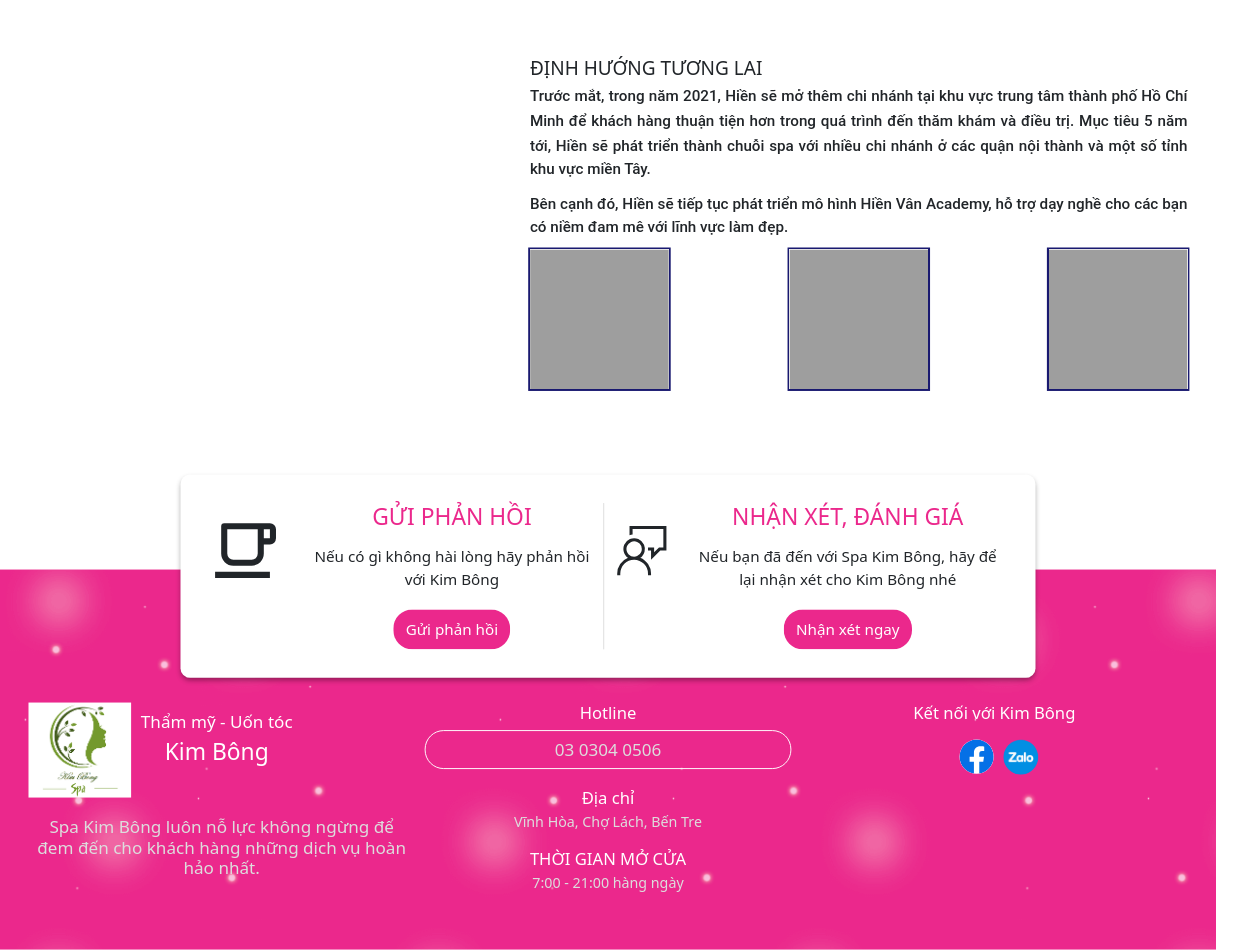
Repository: tranduykhuong/SpaKimBong
Page: /about
The author's editor kept a copy of each file at every save. The page is drawn from the files as they stood at one save, then again after the next save.
The browser window is 1280 px wide. The page is 1302 px wide, so the pictures cover 1302 px, including what lies to the right of the window. The pictures show the part of the page from y = 2229 to 3229 px (the page is 3229 px tall), at 95% of full size.
Pictures or frames that could not be fetched are drawn as grey boxes. The project was rebuilt for these pictures with package versions that can differ from the ones it lists, and the page was loaded fresh each time. Also part of the build but not shown: src/components/Header/Slider/slider.scss, src/components/Header/Slider/Slider.js, src/components/Header/ListImage/listImage.scss, src/components/Header/ListImage/ListImage.js, src/pages/Home/home.scss, src/pages/Home/ListImage/listImage.scss, src/pages/Home/ListImage/ListImage.js, src/pages/Home/BookOnline/bookOnl.scss and 6 more.

Above is the page before, as saved 2022-06-03 22:45:56.

### src/App.js
import "./App.css";
import Header from "./components/Header/Header";
import Home from "./pages/Home/Home";
import "bootstrap/dist/css/bootstrap.min.css";
import { Route, Routes } from "react-router-dom";
import About from "./pages/About/About";

function App() {
  return (
    <div className="App">
      <Header />
      <Routes>
        <Route path="/" element={<Home />} />
        <Route path="/about" element={<About />} />
      </Routes>
    </div>
  );
}

export default App;

### src/components/Header/Header.js
import React, { useEffect, useState } from "react";
import "./header.scss";
import { BsSearch, BsFacebook } from "react-icons/bs";
import { BiPhoneCall } from "react-icons/bi";
import Slider from "./Slider/Slider";
import ListImage from "./ListImage/ListImage";
import { Link, useLocation } from "react-router-dom";

function Header() {
  const path = useLocation().pathname;
  const [fixedNavbar, setFixedNavbar] = useState(false);

  useEffect(() => {
    // set fixed navbar
    const handleScroll = () => {
      if (window.scrollY < 1) {
        setFixedNavbar(true);
      }

      if (window.scrollY > 170) setFixedNavbar(true);
      else setFixedNavbar(false);
    };

    window.addEventListener("scroll", handleScroll);

    // cleanup function
    return () => {
      window.removeEventListener("scroll", handleScroll);
    };
  }, []);

  return (
    <div className="header">
      <div className={"infor " + (fixedNavbar ? "mg-navbar" : "")}>
        <div className="logo">
          <img src="../../img/logoSpa.png" alt="" />
          <div className="nameSpa">
            <h4>Thẩm mỹ - Uốn tóc</h4>
            <h2>Kim Bông</h2>
          </div>
        </div>

        <div className="search">
          <input type="text" placeholder="Tìm kiếm sản phẩm/ bài viết ..." />
          <a className="icon">
            <BsSearch className="iconSearch" />
          </a>
        </div>

        <div className="contact">
          <a href="/" className="icon">
            <BsFacebook className="iconFacebook" />
          </a>
          <a href="/" className="icon">
            <img src="../../img/Zalo.png" alt="" className="iconZalo" />
          </a>

          <div className="phone">
            <BiPhoneCall className="iconPhone" />
            <h3>03 0304 0506</h3>
          </div>
        </div>
      </div>
      <div className={"myNavbar " + (fixedNavbar ? "fixedNavbar" : "")}>
        <div className="navbarContent">
          <ul className="navbarList">
            <li className={path === "/" ? "active" : ""}>
              <Link to="/">TRANG CHỦ</Link>
            </li>
            <li className={path === "/about" ? "active" : ""}>
              <Link to="/about">GIỚI THIỆU</Link>
            </li>
            <li className={path === "/skin" ? "active" : ""}>
              <Link to="/">CHĂM SÓC DA</Link>
            </li>
            <li className={path === "/acne" ? "active" : ""}>
              <Link to="/">TRỊ MỤN</Link>
            </li>
            <li className={path === "/open-time" ? "active" : ""}>
              <Link to="/">LỊCH MỞ CỬA</Link>
            </li>
          </ul>
        </div>
      </div>
      {/* <Slider /> */}
      {/* <ListImage /> */}
    </div>
  );
}

export default Header;

### src/components/Header/header.scss
$height-navbar: 5rem;

.header {
    .mg-navbar {
        margin-bottom: $height-navbar;
    }

    .infor {
        max-width: 1200px;
        padding: .6rem 0;
        display: flex;
        justify-content: space-between;

        .logo {
            display: flex;
            flex: 1;

            img {
                height: 10rem;
            }

            .nameSpa {
                color: #eb288c;
                margin: auto 0;

                h4 {
                    font-size: 1.8rem;
                    font-weight: 500;
                }

                h2 {
                    font-size: 2.4rem;
                }
            }
        }


        .search {
            margin: auto 0;
            border-radius: 50px;
            border: solid .1rem #eb288c;
            height: 37px;
            display: flex;

            input {
                font-size: 1.4rem;
                margin: auto 16px;
                min-width: 26rem;
                border: none;
                outline: none;
            }

            .icon {
                margin: auto 10px;
                cursor: pointer;
            }

            .iconSearch {
                width: 1.8rem;
                height: 1.8rem;
                color: #eb288c;

                &:hover {
                    color: #f867b2;
                }
            }
        }

        .contact {
            display: flex;
            margin-left: 20px;

            .icon {
                margin: auto 0;
                margin-left: 10px;

            }

            .iconFacebook {
                width: 2.8rem;
                height: 2.8rem;
                color: rgba($color: #0570e6, $alpha: 1.0);
            }

            .iconZalo {
                width: 2.8rem;
                height: 2.8rem;
                border-radius: 50%;
            }

            .phone {
                margin: auto 0;
                margin-left: 20px;
                display: flex;

                .iconPhone {
                    width: 2.6rem;
                    height: 2.6rem;
                }

                h3 {
                    font-size: 1.4rem;
                    font-weight: 500;
                    margin: auto 4px;
                }
            }

        }
    }

    .fixedNavbar {
        position: fixed;
        top: 0;
        left: 0;
        z-index: 50;
        width: 100%;
        animation: fixedNavbar 1s forwards;
    }

    @keyframes fixedNavbar {
        from {
            top: -5rem;
            opacity: 0;
        }

        to {
            top: 0;
            opacity: 1;
        }
    }

    .myNavbar {
        height: $height-navbar;
        background-color: #eb288c;

        .navbarContent {
            max-width: 1200px;
            margin: 0 auto;

            .navbarList {
                display: flex;
                margin: 0 1rem;
                // justify-content: space-evenly;

                li {
                    list-style: none;

                    a {
                        line-height: $height-navbar;
                        height: $height-navbar;
                        display: block;
                        color: #fff;
                        font-size: 1.6rem;
                        font-weight: 600;
                        text-decoration: none;
                        padding: 0 2rem;
                    }

                    &:hover {
                        background-color: #f844a1;
                        cursor: pointer;
                    }
                }

                .active {
                    background-color: #dd0876;
                }
            }
        }
    }
}

### src/components/Footer/Footer.js
import React, { useEffect } from "react";
import "./footer.scss";
import { BsFacebook } from "react-icons/bs";
import { RiCupLine } from "react-icons/ri";
import { VscFeedback } from "react-icons/vsc";

const Footer = () => {
  return (
    <div className="footer">
      <div className="logo">
        <div className="info">
          <img src="../../img/logoSpa.png" alt="" />
          <div className="nameSpa">
            <h4>Thẩm mỹ - Uốn tóc</h4>
            <h2>Kim Bông</h2>
          </div>
        </div>

        <h5>
          Spa Kim Bông luôn nỗ lực không ngừng để đem đến cho khách hàng những
          dịch vụ hoàn hảo nhất.
        </h5>
      </div>

      <div className="address">
        <h3>Hotline</h3>
        <div className="hotline">03 0304 0506</div>
        <h3>Địa chỉ</h3>
        <h4>Vĩnh Hòa, Chợ Lách, Bến Tre</h4>
        <h3>THỜI GIAN MỞ CỬA</h3>
        <h4>7:00 - 21:00 hàng ngày</h4>
      </div>
      <div className="contact">
        <h3>Kết nối với Kim Bông</h3>
        <a href="/" className="icon">
          <BsFacebook className="iconFacebook" />
        </a>
        <a href="/" className="icon">
          <img src="../../img/Zalo.png" alt="" className="iconZalo" />
        </a>
      </div>

      <div className="subFooter">
        <div className="report">
          <RiCupLine className="icon" />
          <div>
            <h3>Gửi phản hồi</h3>
            <p>Nếu có gì không hài lòng hãy phản hồi với Kim Bông</p>
            <div className="btn">Gửi phản hồi</div>
          </div>
        </div>
        <div className="feedback">
          <VscFeedback className="icon" />
          <div>
            <h3>Nhận xét, Đánh giá</h3>
            <p>
              Nếu bạn đã đến với Spa Kim Bông, hãy để lại nhận xét cho Kim Bông
              nhé
            </p>
            <div className="btn">Nhận xét ngay</div>
          </div>
        </div>
      </div>
    </div>
  );
};

export default Footer;

### src/pages/About/About.scss
.container1 {
  .container-image {
    width: 100%;
    height: 400px;
    // padding: 5rem;
    // display: flex;
    align-items: center;
    justify-content: center;
    background-image: url("https://i.pinimg.com/originals/2c/84/5a/2c845a66b8ad2a8aafd288bdc16cd459.jpg");
  }
  .container-background-content {
    background-image: url("https://i.pinimg.com/originals/2c/84/5a/2c845a66b8ad2a8aafd288bdc16cd459.jpg");

    .container-content {
      display: flex;
      width: 100%;
      background-color: rgba(255, 255, 255, 0.85);

      .content-left {
        width: 60%;
        padding: 0 35px 30px;
        margin-left: 100px;
        text-align: left;

        .title {
          margin: 30px 0;
          h1 {
            font-size: 3rem;
            font-weight: bolder;
            line-height: 1.6;
          }
        }

        .box {
          .box-content-img {
            background-color: #eb288c;
            border-radius: 37px;
            margin-bottom: 30px;
            .image {
              padding: 20px 20px 0 20px;

              img {
                width: 100%;
                height: 200px;
              }
            }

            .content {
              padding: 0 20px 30px 20px;

              p {
                font: 16px Roboto, sans-serif;
                text-align: justify;
                line-height: 1.6;
                color: white;
                font-weight: 500;
              }
            }
          }

          .box-content {
            background-color: #eb288c;
            border-radius: 37px;
            margin-bottom: 30px;

            .content {
              padding: 20px 20px 30px 20px;

              p {
                font: 16px Roboto, sans-serif;
                text-align: justify;
                line-height: 1.6;
                color: white;
                font-weight: 500;
              }
            }
          }
        }
      }

      .image-right {
        width: 40%;
        .image-box {
          padding: 400px 0px 0px;
          img {
            padding: 0 100px 30px 30px;
          }
        }
      }
    }
  }
  .container-background-founder {
    background-image: url("https://i.pinimg.com/originals/2c/84/5a/2c845a66b8ad2a8aafd288bdc16cd459.jpg");

    .box-founder {
      display: flex;
      width: 100%;

      .founder-left {
        width: 55%;
      }

      .info-founder {
        width: 45%;
        text-align: left;
        .text-info {
          padding: 0 30px 30px;
          margin: 30px 0 30px;

          h2 {
            text-transform: uppercase;
            font-family: Roboto, sans-serif;
            font-size: 40px;
            letter-spacing: 0.05em;
            margin: 0 0 13px;
            color: #be8c28;
          }
          h3 {
            font-family: Roboto, sans-serif;
            font-size: 30px;
            font-weight: bold;
            letter-spacing: 0.05em;
            margin: 0 0 10px;
            color: white;
          }
          p {
            font-family: Roboto, sans-serif;
            font-size: 16px;
            margin: 0 0 21px;
            color: white;
            line-height: 1.6;
            padding-right: 120px;
          }
        }
      }
    }
  }

  .container-bg-future-orientation {
    // background-color: #eb288c;

    .container-future-orientation {
      display: flex;
      width: 100%;
      margin-top: 30px;

      .future-orientation-left {
        width: 41.6666666667%;
      }

      .future-orientation-right {
        width: 59.3333333333%;
        padding: 30px 30px 30px;
        text-align: left;

        .content {
          p {
            font: 16px Roboto, sans-serif;
            text-align: justify;
            line-height: 1.6;
            font-weight: 500;
          }
        }

        .box-3-image {
          display: flex;
          width: 100%;
          justify-content: space-between;

          .box-image {
            box-shadow: 0 0 0 2px midnightblue ;
            img {
            }
          }
        }
      }
    }
  }
}

### src/components/Footer/footer.scss
$title-color: #fff;

.footer {
    background-image: url(../../../public/img/sparkle1.png), url(../../../public/img/sparkle2.png);
    width: 100%;
    height: 400px;
    background-color: #eb288c;
    animation: sparkle 60s linear infinite;
    padding: 14rem 3rem 0;
    display: flex;
    justify-content: space-around;
    position: relative;
    margin-top: 16rem;

    .logo {
        flex: 1;

        .info {
            display: flex;

            img {
                height: 10rem;
            }

            .nameSpa {
                color: $title-color;
                margin: 1rem;

                h4 {
                    font-size: 1.8rem;
                    font-weight: 500;
                }

                h2 {
                    font-size: 2.4rem;
                }
            }
        }

        h5 {
            margin: 2rem .6rem;
            font-size: 1.8rem;
            font-weight: 400;
            color: #ddd;
        }
    }

    .contact {
        flex: 1;

        h3 {
            margin-bottom: 1.8rem;
            color: $title-color;
        }

        .icon {
            margin: auto 0;
            margin-left: 10px;

        }

        .iconFacebook {
            width: 3.6rem;
            height: 3.6rem;
            color: rgba($color: #0570e6, $alpha: 1.0);
            background-color: $title-color;
            border-radius: 50%;
        }

        .iconZalo {
            width: 3.7rem;
            height: 3.7rem;
            border-radius: 50%;
        }
    }

    .address {
        color: #ddd;
        flex: 1;

        h3 {
            // margin-bottom: 2rem;
            color: $title-color;
        }

        h4 {
            margin-bottom: 2rem;
        }

        .hotline {
            padding: .6rem;
            font-size: 1.8rem;
            margin: .8rem 1rem 2rem;
            border: 1px solid $title-color;
            border-radius: 2rem;

            &:hover {
                color: $title-color;
                cursor: pointer;
            }
        }
    }

    @keyframes sparkle {
        0% {
            background-position: 0px 0px, 0px 0px, 0px 0px;
        }

        100% {
            background-position: -500px -1000px, -400px -400px, 300px 300px;
        }
    }

    .subFooter {
        width: 100%;
        max-width: 90rem;
        min-height: 20rem;
        box-shadow: 0 3px 6px -4px rgba(0, 0, 0, 0.2), 0 3px 6px rgba(0, 0, 0, 0.3);

        background-color: #fff;
        border-radius: 1rem;
        z-index: 50;
        top: -10rem;
        left: 50%;
        transform: translateX(-50%);
        position: absolute;
        display: flex;
        padding: 3rem;
        justify-content: space-around;

        .report,
        .feedback {
            display: flex;
            flex: 1;
            justify-content: center;

            h3 {
                text-transform: uppercase;
                font-size: 2.4rem;
                color: #eb288c;
            }

            p {
                font-size: 1.6rem;
                padding: 1rem;
            }

            .icon {
                height: 10rem;
                width: 10rem;
                margin-right: 2rem;
            }

            .btn {
                padding: 0.8rem 1.2rem;
                background-color: #eb288c;
                border-radius: 2rem;
                font-size: 1.6rem;
                color: #fff;

                &:hover {
                    background-color: #cc1574;
                }
            }
        }

        .report {
            border-right: 1px solid #ddd;
        }

        .feedback {
            margin-left: 1rem;
        }
    }
}

Loaded but not shown: public/index.html (common file); src/index.js (common file); src/index.css (common file); src/reportWebVitals.js (common file); src/App.css (common file); src/pages/About/About.js (166 lines, source omitted)

After the next save:
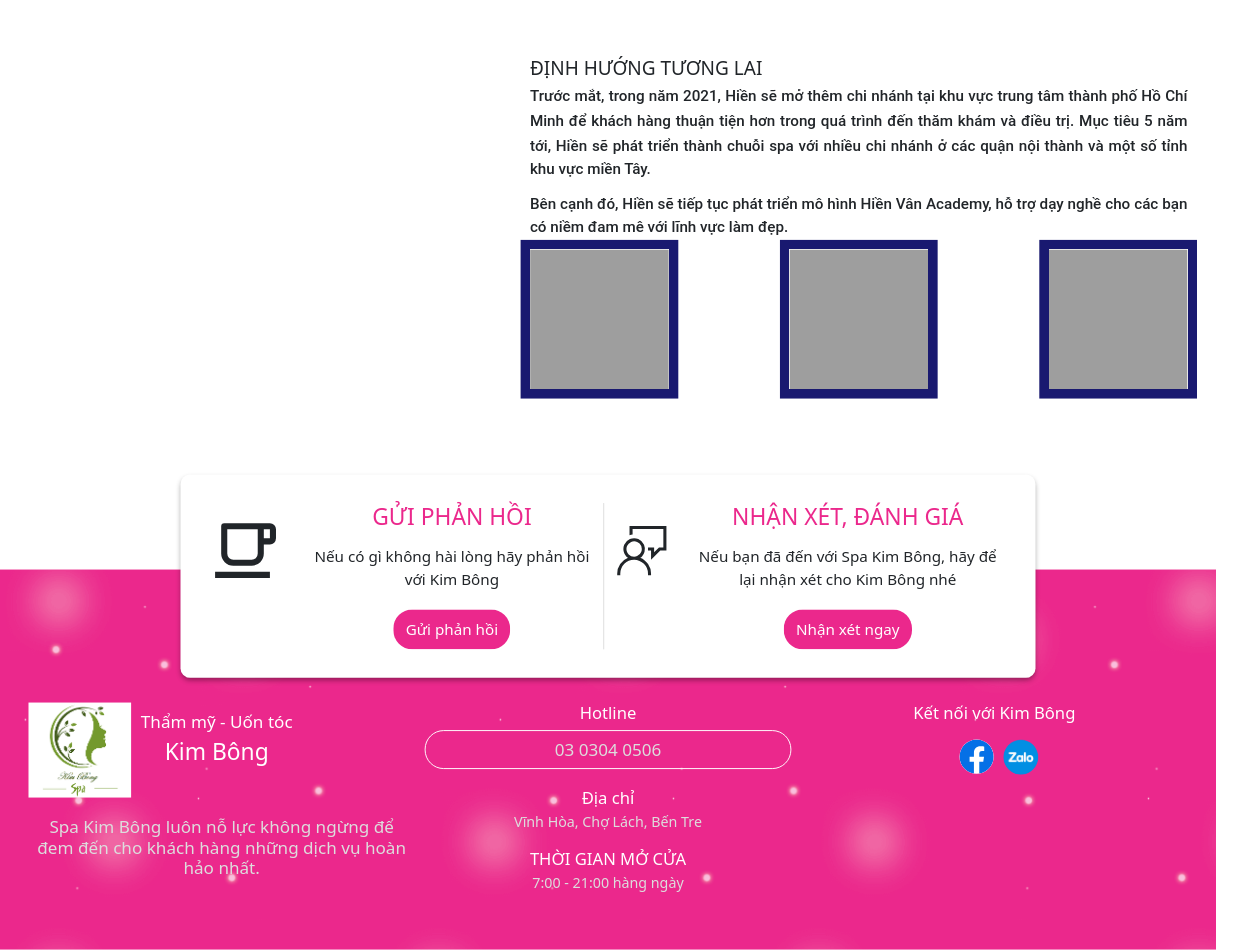
Saved 12 s later.
--- a/src/pages/About/About.scss
+++ b/src/pages/About/About.scss
@@ -168,7 +168,7 @@
           justify-content: space-between;
 
           .box-image {
-            box-shadow: 0 0 0 2px midnightblue ;
+            box-shadow: 0 0 0 10px midnightblue ;
             img {
             }
           }

After the save that followed:
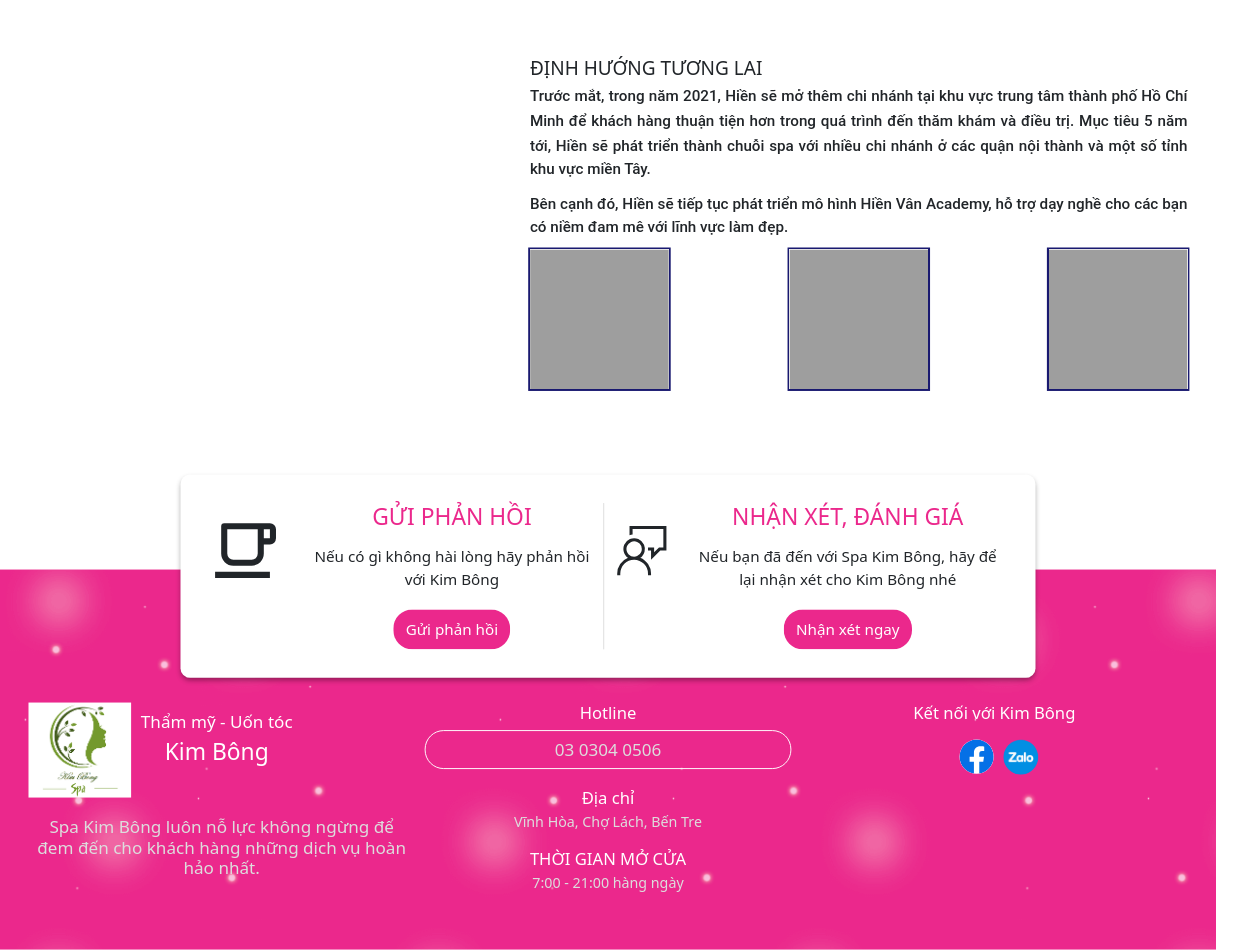
Saved 22 s later.
--- a/src/pages/About/About.scss
+++ b/src/pages/About/About.scss
@@ -168,7 +168,7 @@
           justify-content: space-between;
 
           .box-image {
-            box-shadow: 0 0 0 10px midnightblue ;
+            box-shadow: 0 0 0 2px midnightblue ;
             img {
             }
           }
